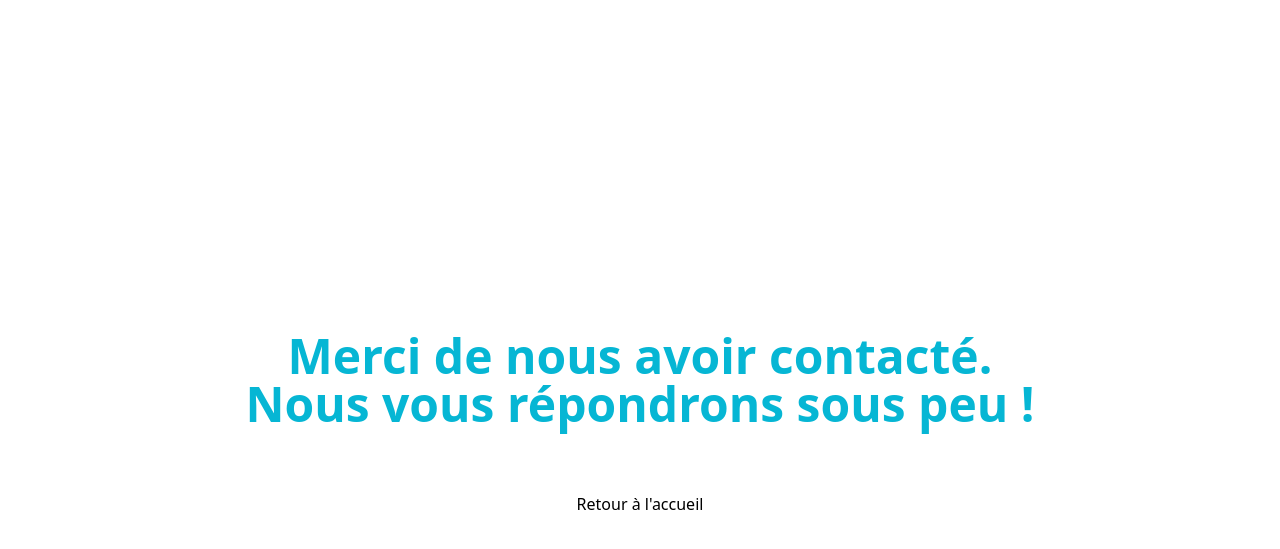
Repository: CarmenFerlatte/TP3__FerlatteCarmen
Page: confirmation.html
These files come from the project's save history. The page is drawn as it stood at one moment and after the next save; the edit follows.
The browser window is 1280 px wide. The pictures show the whole page.
Some web libraries are served in a nearby version. The style sheet was rebuilt from its Sass, Less or Tailwind sources for each picture, by a compiler version that may differ from the author's.

Above is the page before, as saved 2024-08-29 12:35:57.

After the next save:
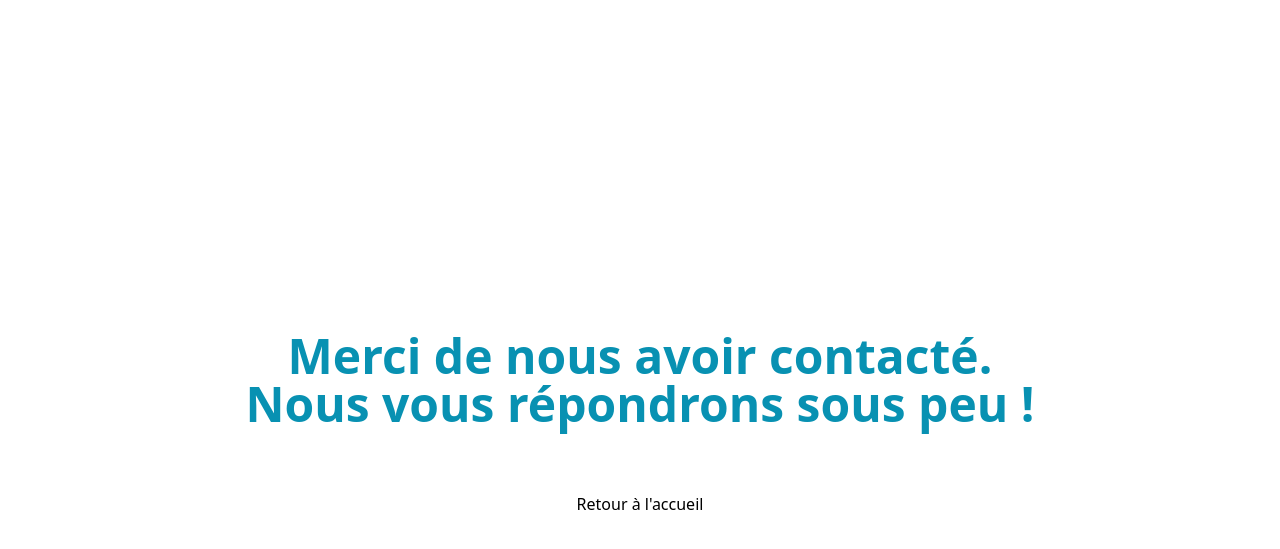
Saved 5 s later.
--- a/confirmation.html
+++ b/confirmation.html
@@ -23,7 +23,7 @@
         <section class="flex max-w-screen-2x h-screen items-center justify-center">
             <div class="container">
                 <div class="col-12 text-center">
-                    <h1 class="text-center text-3xl lg:text-4xl xl:text-5xl font-bold pt-32 pb-4 md:pb-16 text-cyan-500">Merci de nous avoir contacté.<br> Nous vous répondrons sous peu !</h1>
+                    <h1 class="text-center text-3xl lg:text-4xl xl:text-5xl font-bold pt-32 pb-4 md:pb-16 text-cyan-600">Merci de nous avoir contacté.<br> Nous vous répondrons sous peu !</h1>
                     <a class="cursor-pointer" href="index.html" title="Retour à la page d'accueil">Retour à l'accueil</a>
                 </div>
             </div>
